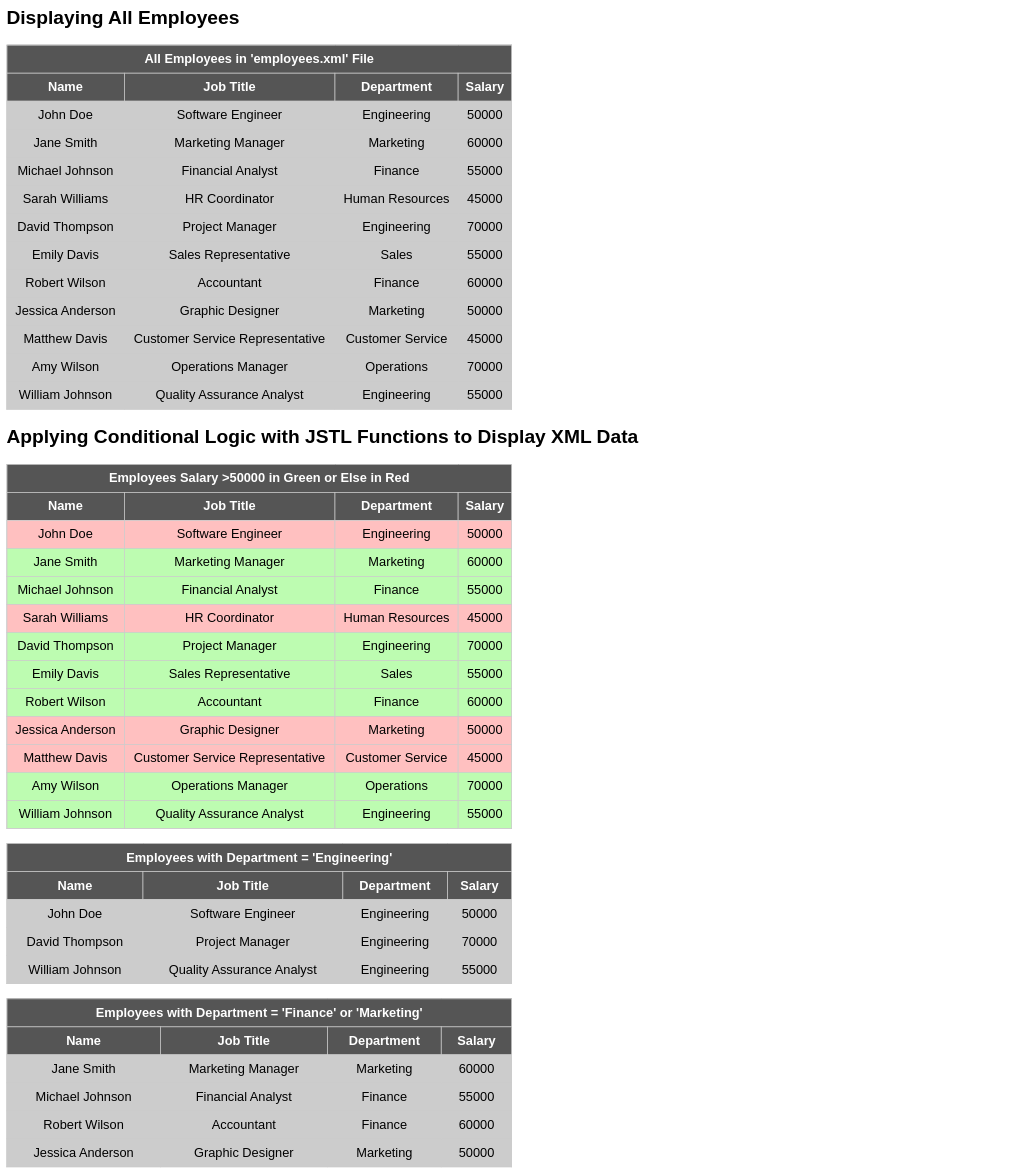
Repository: bkyncl/csd-430
Page: http://localhost/kyncl_mod9/
An editor plug-in stored every save of this project. The page is shown before and after the next save, followed by the edit.
The browser window is 1280 px wide. The pictures show the whole page, at 80% of full size.
The page is served by Tomcat 9.

Above is the page before, as saved 2023-07-05 06:36:31.

After the next save:
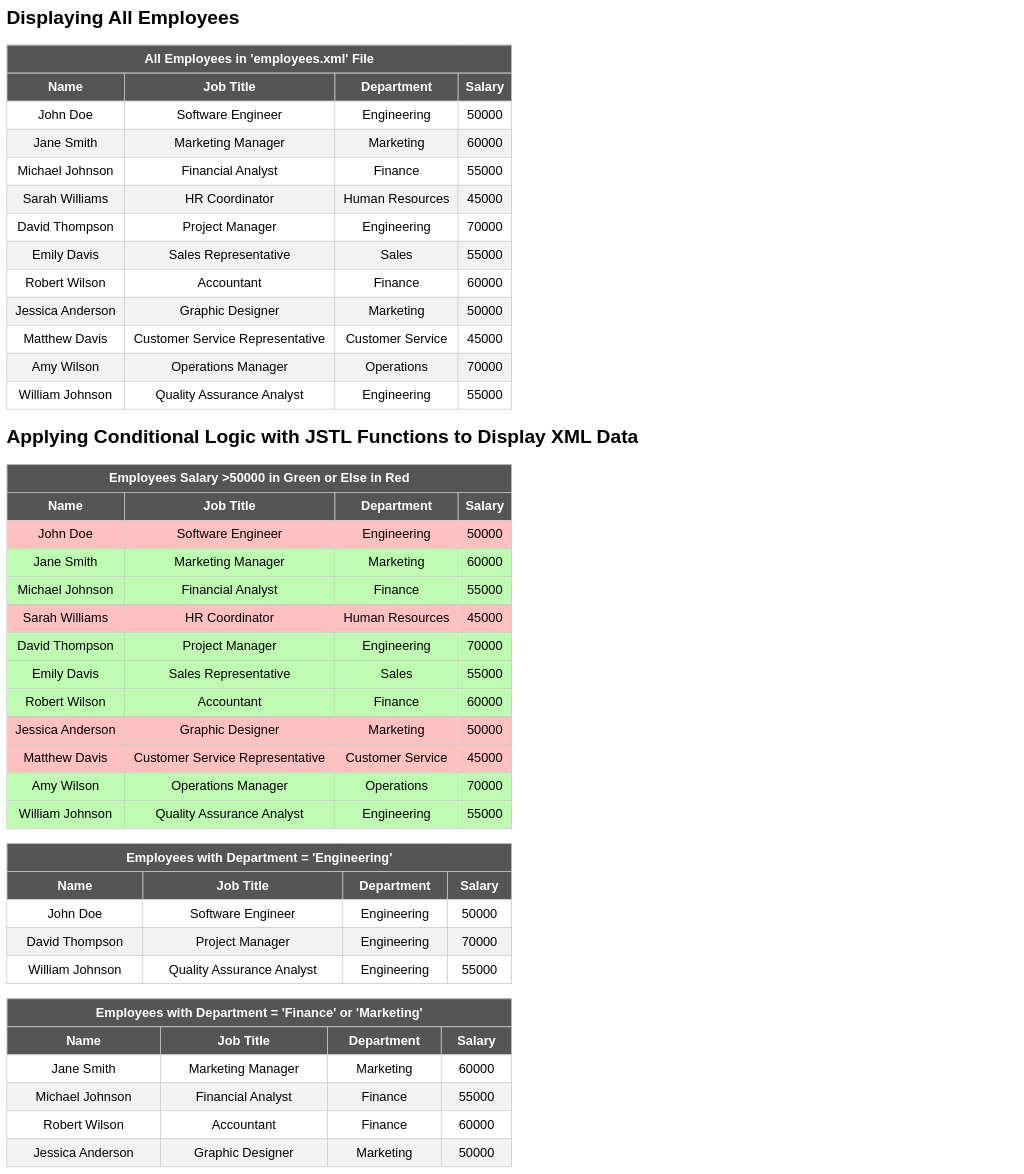
Saved 45 s later.
--- a/kyncl_mod9/src/main/webapp/styles.css
+++ b/kyncl_mod9/src/main/webapp/styles.css
@@ -5,7 +5,9 @@ body {
 table {
   width: 50%;
   border-collapse: collapse;
-  background-color: #ccc;
+}
+table tr:nth-child(even) {
+  background-color: #f2f2f2; /* Replace with your desired color */
 }
 
 table th, table td {
